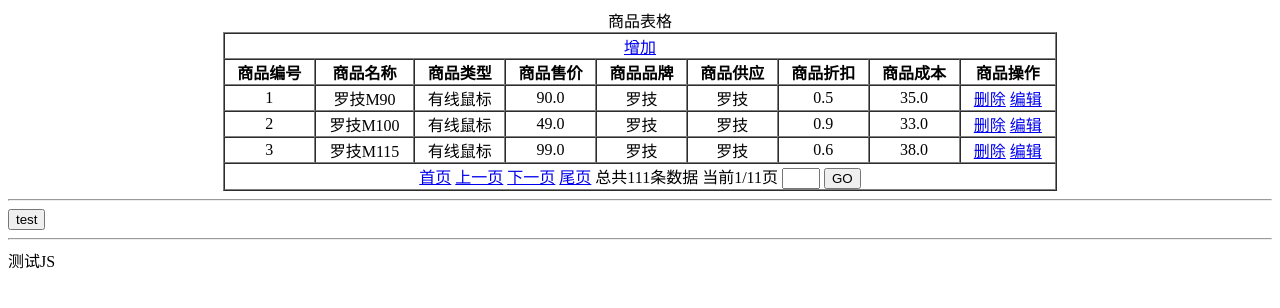
Repository: qyl1006/JavaApps
Page: workspace/web-01-html/WebContent/hello/list03.html
An editor plug-in stored every save of this project. The page is shown before and after the next save, followed by the edit.
The browser window is 1280 px wide. The pictures show the whole page.

Above is the page before, as saved 2018-02-27 11:55:30.

### workspace/web-01-html/WebContent/hello/list03.html
<!DOCTYPE html PUBLIC "-//W3C//DTD HTML 4.01 Transitional//EN" "http://www.w3.org/TR/html4/loose.dtd">
<html>
<head>
<meta http-equiv="Content-Type" content="text/html; charset=UTF-8">
<title>list03</title>
	<style type="text/css">
		td {text-align: center;}
	</style>

</head>
<body>
	<table align="center" border="1" width="66%" cellpadding="0" cellspacing="0">
		<caption>商品表格</caption>
		<tr>
			<td colspan="9">
				<a href="input03.html">增加</a>
			</td>
		</tr>
		<tr>
			<th>商品编号</th>
			<th>商品名称</th>
			<th>商品类型</th>
			<th>商品售价</th>
			<th>商品品牌</th>
			<th>商品供应</th>
			<th>商品折扣</th>
			<th>商品成本</th>
			<th>商品操作</th>
		</tr>
		<tr>
			<td>1</td>
			<td>罗技M90</td>
			<td>有线鼠标</td>
			<td>90.0</td>
			<td>罗技</td>
			<td>罗技</td>
			<td>0.5</td>
			<td>35.0</td>
			<td>
				<a href="#">删除</a>
				<a href="input03.html">编辑</a>
			</td>
		</tr>
		<tr>
			<td>2</td>
			<td>罗技M100</td>
			<td>有线鼠标</td>
			<td>49.0</td>
			<td>罗技</td>
			<td>罗技</td>
			<td>0.9</td>
			<td>33.0</td>
			<td>
				<a href="#">删除</a>
				<a href="input03.html">编辑</a>
			</td>
		</tr>
		<tr>
			<td>3</td>
			<td>罗技M115</td>
			<td>有线鼠标</td>
			<td>99.0</td>
			<td>罗技</td>
			<td>罗技</td>
			<td>0.6</td>
			<td>38.0</td>
			<td>
				<a href="#">删除</a>
				<a href="input03.html">编辑</a>
			</td>
		</tr>
		<tr>
			<td colspan="9">
				<a href="#">首页</a>
				<a href="#">上一页</a>
				<a href="#">下一页</a>
				<a href="#">尾页</a>
				总共111条数据
				当前1/11页
				<input type="number" style="width: 30px" />
				<input type="submit" value="GO"/>
			</td>
		</tr>
	</table>

	<hr>
	<input type="button" value="test" onclick="alert(123)"/>

	<hr>
	<a >测试JS</a>
</body>
</html>

After the next save:
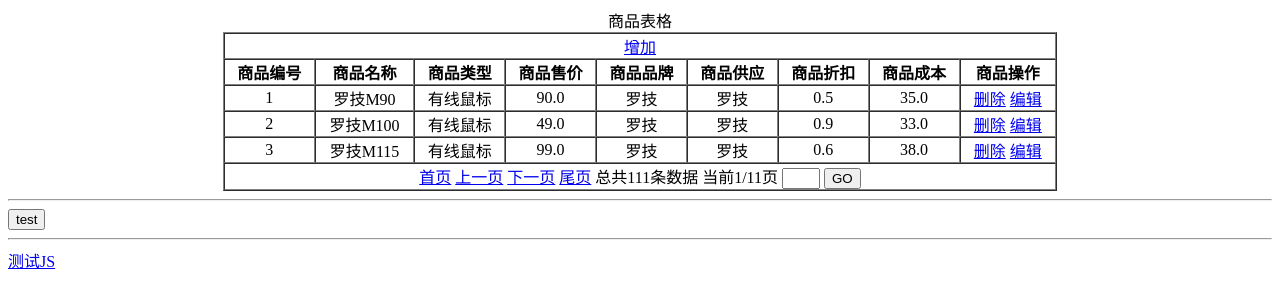
Saved 77 s later.
--- a/workspace/web-01-html/WebContent/hello/list03.html
+++ b/workspace/web-01-html/WebContent/hello/list03.html
@@ -87,6 +87,6 @@
 	<input type="button" value="test" onclick="alert(123)"/>
 
 	<hr>
-	<a >测试JS</a>
+	<a href="alert(123)">测试JS</a>
 </body>
 </html>
